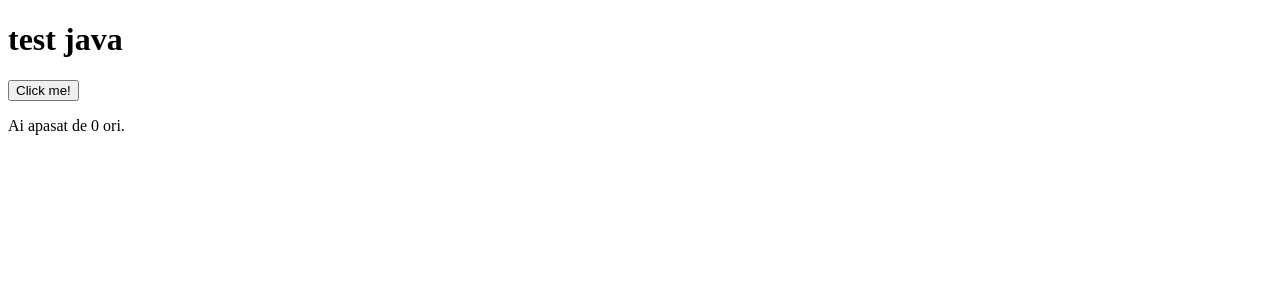
Repository: Parnicoza/testecomplete
Page: testcompletJS-1.html
An editor plug-in stored every save of this project. The page is shown before and after the next save, followed by the edit.
The browser window is 1280 px wide. The pictures show the whole page.

Above is the page before, as saved 2025-03-11 12:25:19.

After the next save:
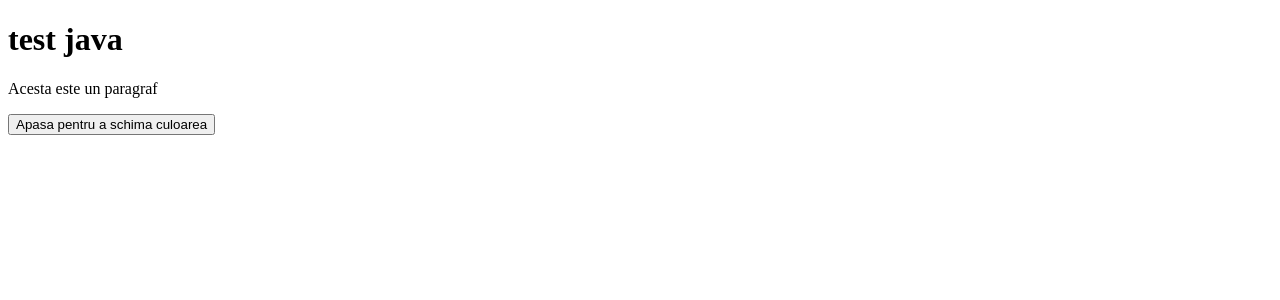
Saved 1 s later.
--- a/testcompletJS-1.html
+++ b/testcompletJS-1.html
@@ -7,10 +7,9 @@
 <body>
     <h1>test java</h1>
 
-    <button onclick="numaraClick()">Click me!</button>
-    <p id="numarator">Ai apasat de 0 ori.</p>
+    <p id="culoare">Acesta este un paragraf</p>
+    <button onclick="schimbaculoarea()">Apasa pentru a schima culoarea</button>
 
-    <p id="afisare"></p>
     <script src="java.js"></script>
 </body>
 </html>
